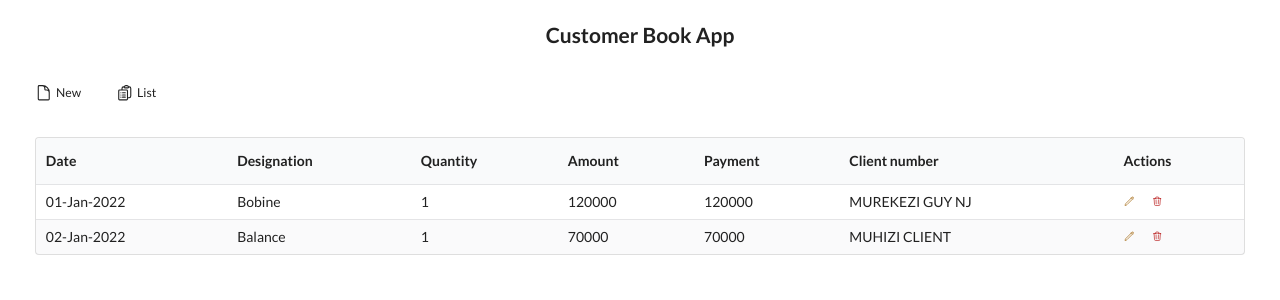
Repository: higirobruce/customerbookapp
Page: /
The author's editor kept a copy of each file at every save. The page is drawn from the files as they stood at one save, then again after the next save.
The browser window is 1280 px wide. The pictures show the whole page.
The project was rebuilt for these pictures with package versions that can differ from the ones it lists, and the page was loaded fresh each time. The framework's server and built-in components were replaced by stand-ins that run in the browser. Also part of the build but not shown: next.config.js, components/layout/sidebar.js.

Above is the page before, as saved 2022-11-24 19:38:36.

### pages/index.js
import Head from "next/head";
import Image from "next/image";
import Sidebar from "../components/layout/sidebar";
import MainScreen from "../components/layout/mainScreen";
import 'semantic-ui-css/semantic.min.css'

const Home = () => {
  return (
    <div className="flex min-h-screen flex-row">
      {/* <Sidebar /> */}
      <MainScreen />
    </div>
  );
};

export default Home;

### components/layout/mainScreen.js
import React, { useState } from "react";
import {
  DocumentIcon,
  ClipboardDocumentListIcon,
} from "@heroicons/react/24/outline";
import RecordsTable from "../common/records";

const records = [
  {
    date: "01-Jan-2022",
    designation: "Bobine",
    qty: 1,
    amount: 120000,
    payment: 120000,
    client: "MUREKEZI GUY NJ",
  },{
    date: "02-Jan-2022",
    designation: "Balance",
    qty: 1,
    amount: 70000,
    payment: 70000,
    client: "MUHIZI CLIENT",
  },
];

export default function MainScreen() {
  let [viewPort, setViewPort] = useState("list");

  return (
    <div className="flex flex-col w-full pt-6 space-y-10">
      {/* header */}
      <div className="flex justify-center text-2xl font-semibold">
        Customer Book App
      </div>
      {/* Menu bar */}
      <div className="flex flex-row px-10 space-x-10">
        <div
          className="flex flex-row space-x-1 items-center cursor-pointer"
          onClick={() => setViewPort("new")}
        >
          <DocumentIcon className="h-5 w-5" />
          <div className="text-sm ">New</div>
        </div>

        <div
          className="flex flex-row space-x-1 items-center cursor-pointer"
          onClick={() => setViewPort("list")}
        >
          <ClipboardDocumentListIcon className="h-5 w-5" />
          <div className="text-sm ">List</div>
        </div>
      </div>


      {/* Body */}
      <div className="flex px-10 w-full ">
        {viewPort === "list" && <RecordsTable data={records} />}
        {viewPort === "new" && <div>New</div>}
      </div>
    </div>
  );
}

### components/common/records.js
import React from "react";
import { Table } from "semantic-ui-react";
import { PencilIcon, TrashIcon } from '@heroicons/react/24/outline'

export default function RecordsTable({ data }) {
    console.log(data)
  return (
    <div className="flex flex-col items-center justify-center w-full">
      <Table compact striped>
        <Table.Header>
          <Table.Row>
            <Table.HeaderCell>Date</Table.HeaderCell>
            <Table.HeaderCell>Designation</Table.HeaderCell>
            <Table.HeaderCell>Quantity</Table.HeaderCell>
            <Table.HeaderCell>Amount</Table.HeaderCell>
            <Table.HeaderCell>Payment</Table.HeaderCell>
            <Table.HeaderCell>Client number</Table.HeaderCell>
            <Table.HeaderCell>Actions</Table.HeaderCell>
          </Table.Row>
        </Table.Header>

        <Table.Body>
          {data.map(($) => {
            return <Table.Row>
            <Table.Cell>{$.date}</Table.Cell>
            <Table.Cell>{$.designation}</Table.Cell>
            <Table.Cell>{$.qty}</Table.Cell>
            <Table.Cell>{$.amount}</Table.Cell>
            <Table.Cell>{$.payment}</Table.Cell>
            <Table.Cell>{$.client}</Table.Cell>
            <Table.Cell>
                <div className="flex flex-row space-x-5">
                   <PencilIcon className="h-3 w-3 text-yellow-700 cursor-pointer"/>
                   <TrashIcon className="h-3 w-3 text-red-700 cursor-pointer"/>
                </div>
            </Table.Cell>
          </Table.Row>;
          })}
        </Table.Body>
      </Table>
    </div>
  );
}

Loaded but not shown: pages/_app.tsx (common file); styles/globals.css (common file); tailwind.config.js (common file)

After the next save:
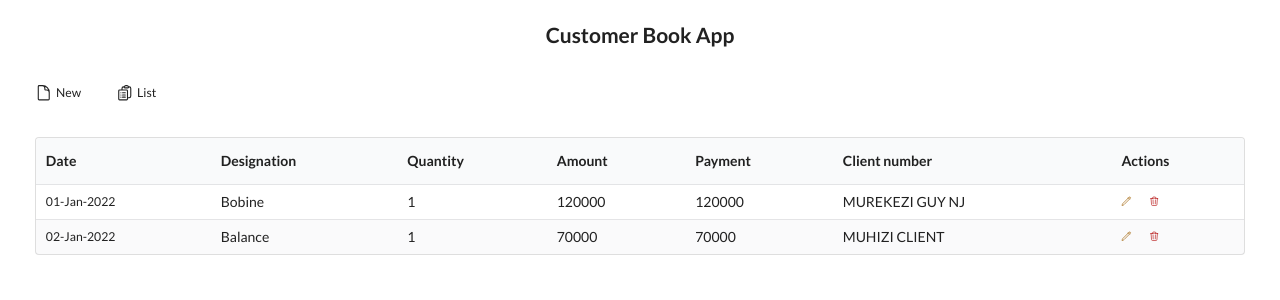
Saved 27 s later.
--- a/components/common/records.js
+++ b/components/common/records.js
@@ -22,7 +22,7 @@ export default function RecordsTable({ data }) {
         <Table.Body>
           {data.map(($) => {
             return <Table.Row>
-            <Table.Cell>{$.date}</Table.Cell>
+            <Table.Cell><div className="text-sm">{$.date}</div></Table.Cell>
             <Table.Cell>{$.designation}</Table.Cell>
             <Table.Cell>{$.qty}</Table.Cell>
             <Table.Cell>{$.amount}</Table.Cell>
